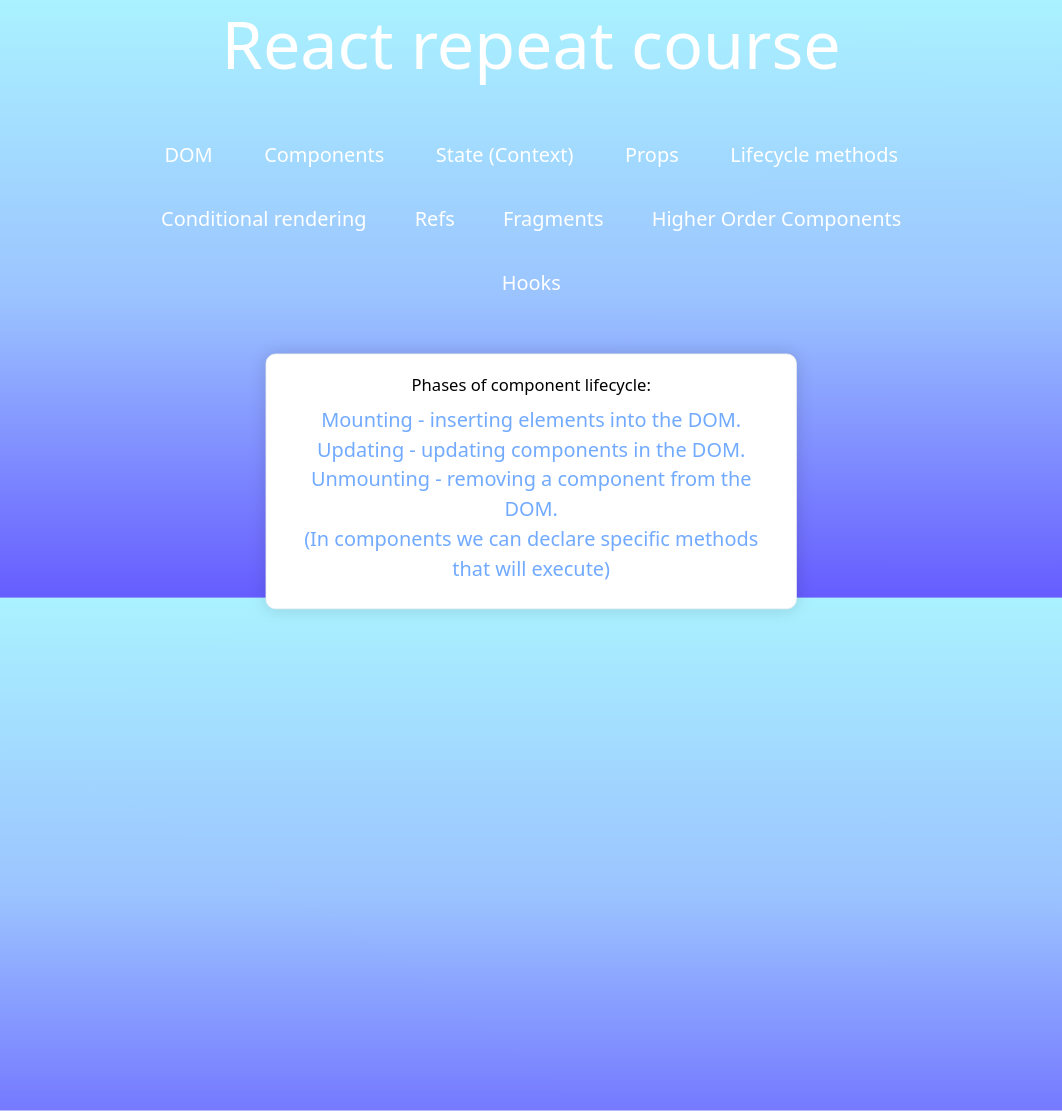
Repository: michalgornicki/github
Page: /#/Lifecycle
An editor plug-in stored every save of this project. The page is shown before and after the next save, followed by the edit.
The browser window is 1280 px wide. The pictures show the whole page, at 83% of full size.
Backgrounds fixed to the window are drawn as part of the page. The project was rebuilt for these pictures with package versions that can differ from the ones it lists, and the page was loaded fresh each time. Also part of the build but not shown: src/components/dom.jsx, src/components/components.jsx, src/components/state.jsx, src/components/props.jsx, src/components/conditional.jsx, src/components/refs.jsx, src/components/fragments.jsx, src/components/hoc.jsx and 1 more.

Above is the page before, as saved 2022-02-07 13:08:09.

### src/App.jsx
import React from "react";
import "./App.css";
import "bootstrap/dist/css/bootstrap.min.css";
import { Route, HashRouter as Router, Routes, Link } from "react-router-dom";
import DOM from "./components/dom.jsx";
import Components from "./components/components.jsx";
import State from "./components/state.jsx";
import Props from "./components/props.jsx";
import Lifecycle from "./components/lifecycle.jsx";
import Conditional from "./components/conditional.jsx";
import Refs from "./components/refs.jsx";
import Fragments from "./components/fragments.jsx";
import HOC from "./components/hoc.jsx";
import Hooks from "./components/hooks.jsx";

const App = () => {
  return (
    <Router>
      <div className="text-center">
        <div className="display-1 mt-1 mb-5 text-white">React repeat course</div>

        <div className="h4 d-flex w-75 m-auto my-5 justify-content-evenly flex-wrap text-white">
          <Link className="link-style m-3" to="/">
            DOM
          </Link>
          <Link className="link-style m-3" to="/Components">
            Components
          </Link>
          <Link className="link-style m-3" to="/State">
            State (Context)
          </Link>
          <Link className="link-style m-3" to="/Props">
            Props
          </Link>
          <Link className="link-style m-3" to="/Lifecycle">
            Lifecycle methods
          </Link>
          <Link className="link-style m-3" to="/Conditional">
            Conditional rendering
          </Link>
          <Link className="link-style m-3" to="/Refs">
            Refs
          </Link>
          <Link className="link-style m-3" to="/Fragments">
            Fragments
          </Link>
          <Link className="link-style m-3" to="/HOC">
            Higher Order Components
          </Link>
          <Link className="link-style m-3" to="/Hooks">
            Hooks
          </Link>
        </div>

        <Routes>
          <Route path="/" element={<DOM />} />
          <Route path="/Components" element={<Components />} />
          <Route path="/State" element={<State />} />
          <Route path="/Props" element={<Props />} />
          <Route path="/Lifecycle" element={<Lifecycle />} />
          <Route path="/Conditional" element={<Conditional />} />
          <Route path="/Refs" element={<Refs />} />
          <Route path="/Fragments" element={<Fragments />} />
          <Route path="/HOC" element={<HOC />} />
          <Route path="/Hooks" element={<Hooks />} />
        </Routes>
      </div>
    </Router>
  );
};

export default App;

### src/App.css
@import url('https://fonts.googleapis.com/css2?family=Catamaran:wght@400&display=swap');

body{
    font-family: 'Catamaran', sans-serif;
    overflow-x: hidden;
    padding-bottom: 80vh;
    height: auto;
    background: linear-gradient(rgb(170, 242, 255), rgb(155, 195, 255), rgb(102, 92, 255));
    background-attachment: fixed;
}

.js-item{
    color:rgb(0, 0, 0);
    font-size: 1.25rem;
    background-color: white;
    transition: 0.2s;
    padding: 3vh;
    margin-bottom: 4vh!important;
    border: 1px solid rgb(240, 240, 240);
    width: 50%;
    margin-left: auto;
    margin-right: auto;
    box-shadow: 0px 0px 20px rgba(0, 0, 0, 0.15);
    border-radius: 0.75rem;
}

.js-item:hover{
    cursor: pointer;
    background-color: rgb(240, 240, 240);
}

.text-color{
    margin: auto;
    padding: 0.5rem;
    width: fit-content;
    color:rgb(113, 170, 255)!important;
    font-size: 1.5rem;
    border-radius: 1rem;
}

.link-style{
    color: inherit;
    text-decoration: inherit;
    padding: 0.5rem;
    border-radius: 0.5rem;
}

.link-style:hover{
    color: rgb(113, 170, 255);
    text-decoration: inherit;
}

@media only screen and (max-device-width: 600px), (max-width: 600px) {

    .js-item{
        width: 95%;
    }

}

### src/components/lifecycle.jsx
const Lifecycle = () => {
  return (
    <div className="">
      <div className="js-item">
        {" "}
        <div className="">Phases of component lifecycle: </div>
        <div className="text-color">
          {`Mounting - inserting elements into the DOM.`} <br />
          {`Updating - updating components in the DOM.`} <br />
          {`Unmounting - removing a component from the DOM.`}{" "} <br />
          (In components we can declare specific methods that will execute)
        </div>{" "}

      </div>
    </div>
  );
};

export default Lifecycle;

Loaded but not shown: public/index.html (common file); src/index.js (common file); src/index.css (common file); src/reportWebVitals.js (common file)

After the next save:
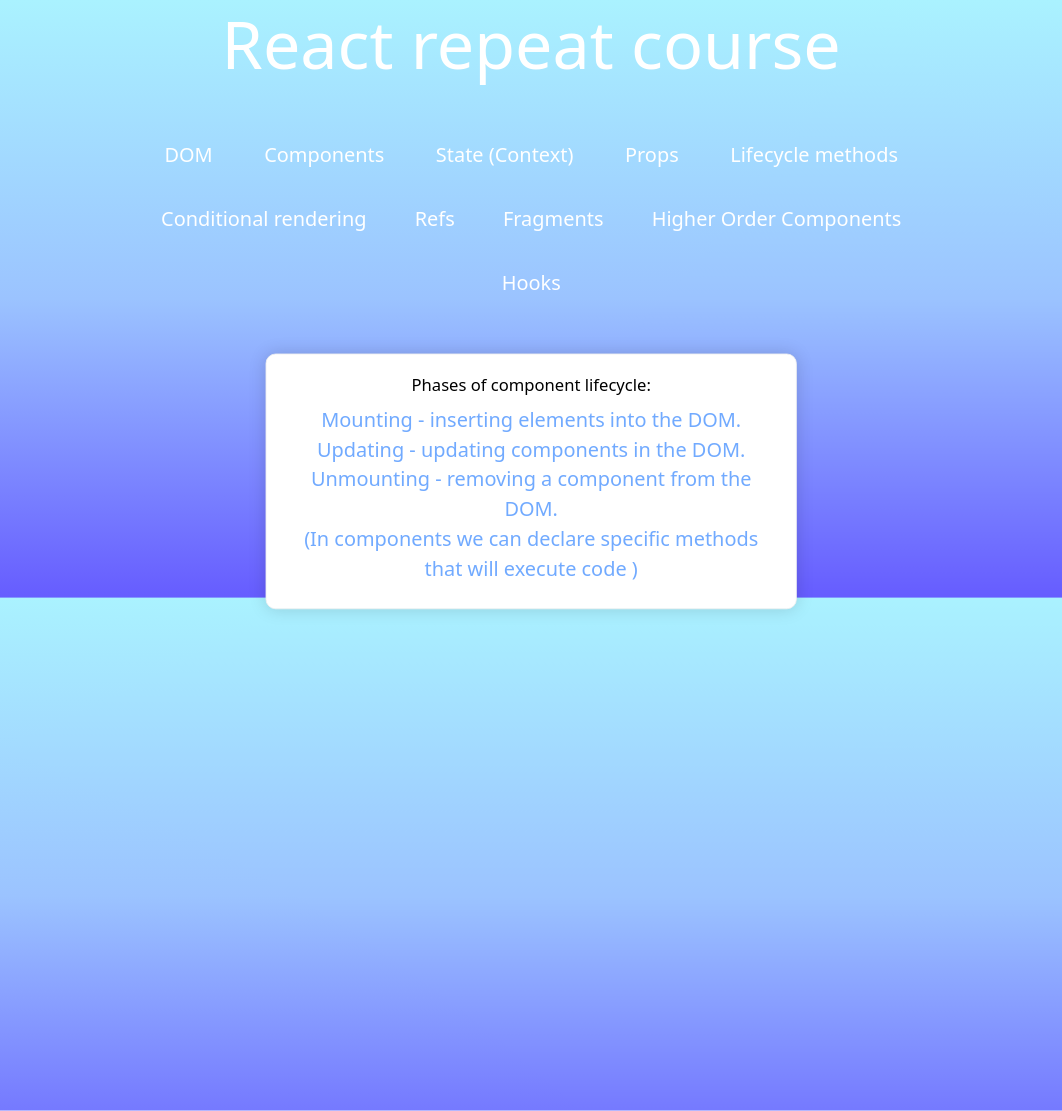
Saved 5 s later.
--- a/src/components/lifecycle.jsx
+++ b/src/components/lifecycle.jsx
@@ -8,7 +8,7 @@
           {`Mounting - inserting elements into the DOM.`} <br />
           {`Updating - updating components in the DOM.`} <br />
           {`Unmounting - removing a component from the DOM.`}{" "} <br />
-          (In components we can declare specific methods that will execute)
+          (In components we can declare specific methods that will execute code )
         </div>{" "}
 
       </div>
